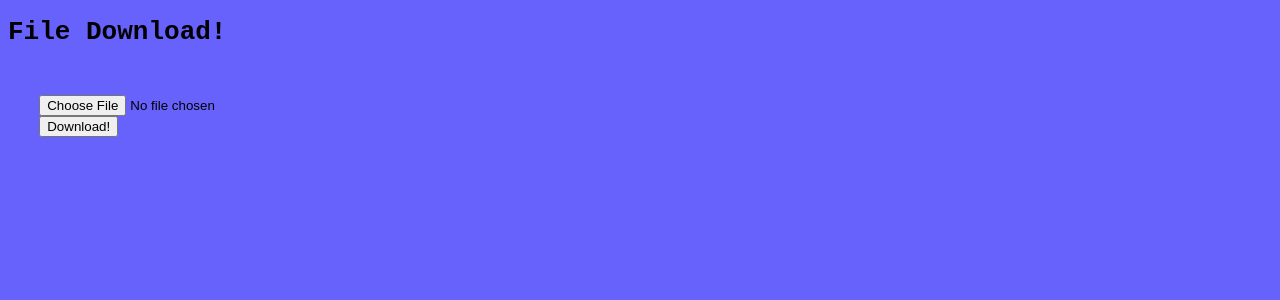
Repository: violetaplum/eclipseJSP
Page: JSP/WebContent/FileDownload.html
The author's editor kept a copy of each file at every save. The page is drawn from the files as they stood at one save, then again after the next save.
The browser window is 1280 px wide. The pictures show the whole page.

Above is the page before, as saved 2019-06-05 07:23:03.

After the next save:
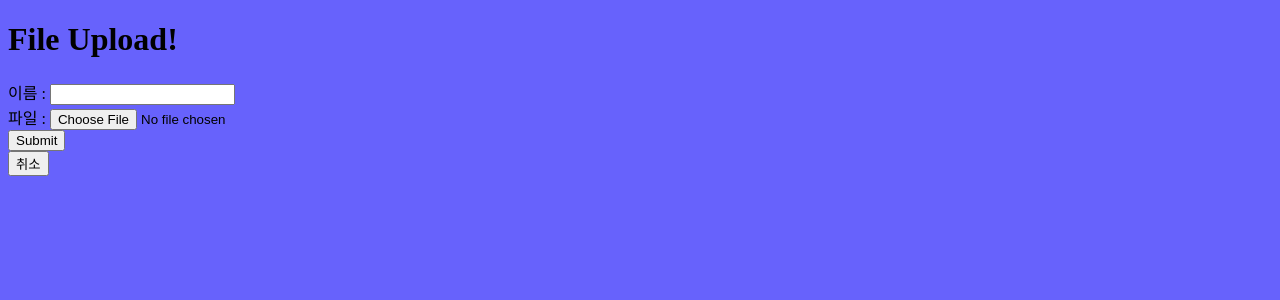
Saved 3 s later.
--- a/JSP/WebContent/FileDownload.html
+++ b/JSP/WebContent/FileDownload.html
@@ -1,8 +1,9 @@
 <!DOCTYPE html>
 <html>
+<meta http-equiv="content-type" content="text/html; charset=utf-8" />
 <head>
-<meta http-equiv="Content-Type" content="text/html; charset=EUC-KR">
-<title>Insert title here</title>
+
+  <title>request</title>
   <style>
 body
 {
@@ -10,15 +11,17 @@ body
 }
   </style>
 </head>
-<body>
-<pre>
-<h1>File Download!</h1>
-<form name="fileForm" id="fileForm" method="post" action="FileDownloadProc.jsp" enctype="multipart/form-data">
-    <input type="file" name="downloadFile" id="downloadFile">
-    <input type="submit" value="Download!">
-</form>
+  <body>
+  <h1>File Upload!</h1>
+  <form action="./uploadtoserver.jsp" method="post" enctype="multipart/form-data">
+                                                      <!-- file올릴때 항상 이렇게 사용해야함 -->
+                                                      <!-- 받은 jar file을 사용하는 명령어 -->
+    이름 : <input type="text" name="irum1" /><br />
+    파일 : <input type="file" name="file1"  /><br />
+    <!-- input type과 enctype은 이런 형식으로 맞춰줘야한다 -->
+    <input type="submit" name="가자 업로드로" /><br />
+    <input type="reset" value="취소" /><br />
 
-
-
-</body>
+  </form>
+  </body>
 </html>
